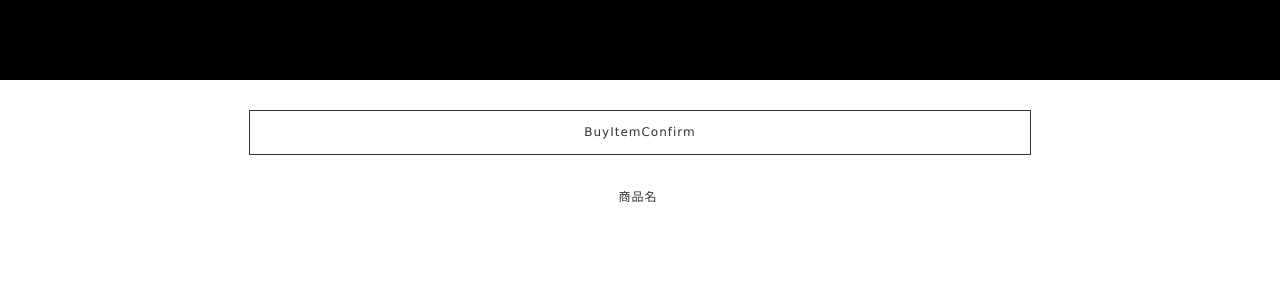
Repository: cha-git/ecsite
Page: http://localhost/template/buyItemConfirm.jsp
An editor plug-in stored every save of this project. The page is shown before and after the next save, followed by the edit.
The browser window is 1280 px wide. The pictures show the whole page.
The page is served by Tomcat 9.

Above is the page before, as saved 2018-12-26 10:41:13.

After the next save:
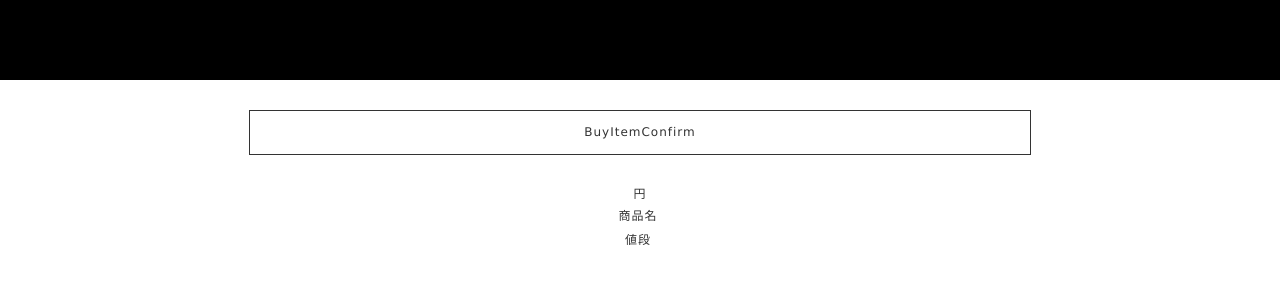
Saved 78 s later.
--- a/template/WebContent/buyItemConfirm.jsp
+++ b/template/WebContent/buyItemConfirm.jsp
@@ -72,6 +72,11 @@
 					<td>商品名</td>
 					<td><s:property value="session.buyItem_name" /></td>
 				</tr>
+				<tr>
+					<td>値段</td>
+					<td><s:property value="session.buyItem_price" /></td>
+					<span>円</span>
+				</tr>
 			</table>
 			</s:form>
 		</div>
